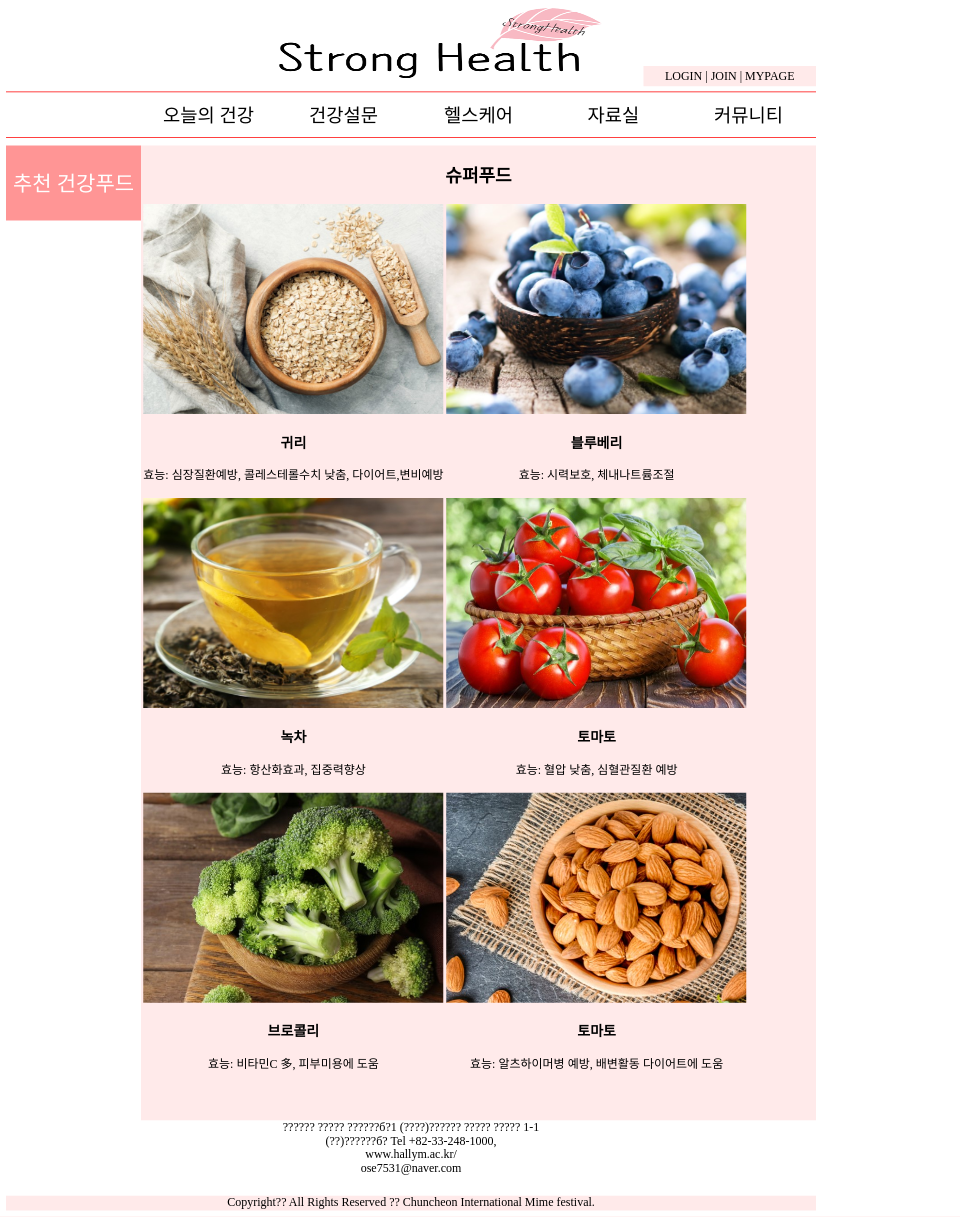
Repository: seeunOh/Webproject2018_StrongHealth
Page: http://localhost/StrongHealth/Healthcare_Food.jsp
These files come from the project's save history. The page is drawn as it stood at one moment and after the next save; the edit follows.
The browser window is 1280 px wide. The pictures show the whole page, at 75% of full size.
The page is served by Tomcat 9. Other server files are loaded and not shown.

Above is the page before, as saved 2018-12-16 07:48:05.

### StrongHealth/WebContent/Healthcare_Food.jsp
<%@ page language="java" contentType="text/html; charset=EUC-KR"
    pageEncoding="EUC-KR"%>
<!DOCTYPE html>
<html>
<head>
<meta charset="EUC-KR">
<title>Insert title here</title>

<style>


body{
width:1080px;
text-align:center;
}

#foodcontent{
width:900px;
height:1300px;
background: #FFEAEA;
float:right;
}

#aside{
height:100px;
width:180px;
font-size:28px;
background: #FF9595;
float:left;
color:white;
}
</style>

<script>
function next(){
}

</script>
</head>
<body>
<jsp:include page="Header.jsp"/>

<div id=aside>
<p>추천 건강푸드</p>
</div>

<%
int cnt=0;
String image[][] = {{"rnlfl","qmffnqpfl","shrck","xhakxh","qmfhzhffl","dkahsem"},
		{"todtjs","todtjs","todtjs","todtjs","todtjs","todtjs"}};
String title[] = {"귀리","블루베리","녹차","토마토","브로콜리","토마토"};
String content[] = {"효능: 심장질환예방, 콜레스테롤수치 낮춤, 다이어트,변비예방",
		"효능: 시력보호, 체내나트륨조절",
		"효능: 항산화효과, 집중력향상",
		"효능: 혈압 낮춤, 심혈관질환 예방",
		"효능: 비타민C 多, 피부미용에 도움",
		"효능: 알츠하이머병 예방, 배변활동 다이어트에 도움"
};
%>

<div id=foodcontent>
<h2>슈퍼푸드</h2>
<table border=0>
<%
for(int i=0; i<6; i=i+2){
	//out.print("<tr><td><td><img src=\"img/shrck.png\" width=400 height=280/></td><td>aa</td></tr>");
	out.print("<tr><td><img src=img/"+ image[cnt][i] +".png width=400 height=280/><h3>"+title[i]+"</h3><p>"+content[i]+
			"</p></td><td><img src=img/"+ image[cnt][i+1] +".png width=400 height=280/><h3>"+title[i+1]+"</h3><p>"+content[i+1]+"</p></td></tr>");
}
%>
</table>
<!--
<tr>
<td><img src="img/<% out.print(image[0]); %>.png" width=400 height=280/>
<h3>귀리</h3>
<p>효능: 심장질환예방, 콜레스테롤수치 낮춤, 다이어트,변비예방</p>
</td>
<td><img src="img/qmffnqpfl.png" width=400 height=280/>
<h3>블루베리</h3>
<p>효능: 시력보호, 체내나트륨조절</p>
</td>
</tr>
<tr>
<td><img src="img/shrck.png" width=400 height=280/>
<h3>녹차</h3>
<p>효능: 항산화효과, 집중력향상</p>
</td>
<td><img src="img/xhakxh.png" width=400 height=280/>
<h3>토마토</h3>
<p>효능: 혈압 낮춤, 심혈관질환 예방</p>
</td>
</tr>
<tr>
<td><img src="img/qmfhzhffl.png" width=400 height=280/>
<h3>브로콜리</h3>
<p>효능: 비타민C 多, 피부미용에 도움</p>
</td>
<td><img src="img/dkahsem.png" width=400 height=280/>
<h3>아몬드</h3>
<p>효능: 알츠하이머병 예방, 배변활동 다이어트에 도움</p>
</td>
</tr>
</table>

<input style='float:right;' type=button value="다음" onClick = "next()">
 -->




</div>
<jsp:include page="Footer.html"/>
</body>
</html>

### StrongHealth/WebContent/Header.jsp
<%@ page language="java" contentType="text/html; charset=EUC-KR"
    pageEncoding="EUC-KR"%>
<!DOCTYPE html>
<html>
<head>
<meta charset="EUC-KR">
<title>Insert title here</title>
<style>


body{
width:1080px;
}

#header{
width:1080px;
height:28px;
background:#FFEAEA;
}

#Loheader{
width:230px;
float:right;
heigth:28px;
background: #FFEAEA;
margin:80px 0px 0px 0px;
}

#log{
float:right;
width:230px;
line-height: 1.7em;
}

#log a {
font-size:16px;
color: black;
text-decoration:none;
}

#log a:hover {
text-decoration:underline;
}


#mainlogo{
width:1080px;
background:;
}
#mainlogo img{
margin:0px 0px 0px 300px;
}
#nav{
width:1080px;
height:180px;
}
#logo{
float:left;
width:1080px;
background:#FFEAEA;

}
#search{
width:750px;
height:100px;
float:right;
background:red;
}
#TM{
width:1080px;
height:60px;
border-top:1px solid red; border-bottom:1px solid red;
font-size:25px;
text-align:center;
margin:10px 0px 10px 0px;
line-height: 1.6em;
}

#TM ul {
   list-style: none;
   padding:0px 0;
   margin: 0px;

}
#TM ul li {
   float : left;
   line-height : 2.5em;
   position : relative;
   width:150px;
   padding: 0px 15px 0px 15px;
}

.menuLink {
   text-decoration:none;
   display: block;
   width: 150px;
   color:black;
}
.submenu {
   position: absolute;
   display:none;
   overflow:hidden;
   background-color:black;
	opacity:0.7;
	font-size:15px;
}
.topmenu:hover .submenu{
   display:block;
}

.submenu a {
   text-decoration : none;
   color : white;
}

</style>


</head>
<body>




<div id=mainlogo>
<a href="Container.jsp"><img src="img/logoLast.PNG" width=450 height=100/></a>
<div id=Loheader>
<%
	if(session.getAttribute("id") == null){
		out.println("<div id=log><a href='Container.jsp?selected_page=login'>LOGIN</a><span> | </span><a href='Container.jsp?selected_page=join'>JOIN</a><span> | </span><a href='Container.jsp?selected_page=mypage'>MYPAGE</a></div>"); // MYPAGE는 삭제가 필요함.
	}
	else{
		out.println("<div id=log><a href='Container.jsp?selected_page=management'>" + session.getAttribute("name") + " 님" + "</a><span> | </span><a href='Logout.jsp'>LOGOUT</a><span> | </span><a href='Container.jsp?selected_page=mypage'>MYPAGE</a></div>");
	}
%>
</div>
</div>



<div id = TM>
<ul>
<li>&nbsp</li>
 <li class="topmenu"><a class="menuLink" href="Container.jsp?selected_page=today">오늘의 건강</a>
 	<!-- <ul class="submenu">
     <li class="submenuLink"><a href="#">식습관 생활</a></li>
     <li class="submenuLink"><a href="#">생활 습관</a></li>
     <li class="submenuLink"><a href="#">추천 음악</a></li>
   </ul> -->
 </li>
 <li class="topmenu"><a class="menuLink" href="Container.jsp?selected_page=survey">건강설문</a>
   <!-- <ul class="submenu">
     <li class="submenuLink"><a href="#">알코올 자가진단</a></li>
     <li class="submenuLink"><a href="#">흡연 자가진단</a></li>
     <li class="submenuLink"><a href="#">스마트폰 자가진단</a></li>
   </ul> -->
 </li>
 <li class="topmenu"><a class="menuLink" href="Container.jsp?selected_page=healthcare_food">헬스케어</a>
   <ul class="submenu">
     <li class="submenuLink"><a href="Container.jsp?selected_page=healthcare_food">추천 건강푸드</a></li>
     <li class="submenuLink"><a href="Container.jsp?selected_page=healthcare_stretching">스트레칭</a></li>
     <li class="submenuLink"><a href="Container.jsp?selected_page=music">추천음악</a></li>
   </ul>
</li>
 <li class="topmenu"><a class="menuLink" href="Container.jsp?selected_page=healthcare_news">자료실</a>
 	<ul class="submenu">
     <li class="submenuLink"><a href="Container.jsp?selected_page=healthcare_news">건강신문</a></li>
   </ul>
 </li>
 <li class="topmenu"><a class="menuLink" href="Container.jsp?selected_page=notice">커뮤니티</a>
  <ul class="submenu">
   <li class="submenuLink"><a href="Container.jsp?selected_page=notice">공지사항</a></li>
   <li class="submenuLink"><a href="Container.jsp?selected_page=qna">Q&A</a></li>
  </ul>
</li>
</ul>
</div>




 <!--
<div id=nav>
<div id=logo><a href="Container.jsp"><img src="img/logo.PNG" width=250 height=170/></a>
</div>-->
<!-- <p style='line-height : 0.6em;'>&nbsp</p> -->
<!-- <div id=search></div> -->
<!-- <div id = search><p>연관검색어 | 하루식단   스트레칭   자료실   추천도서   알코올자가진단   맞춤영양식단</p>
<input type="text" size=80> <input type="button" value="검색"></div> -->


</body>
</html>

### StrongHealth/WebContent/Footer.html

<!DOCTYPE html>
<html>
<head>
<meta charset="EUC-KR">
<title>Insert title here</title>
<style>



#footer {
	clear: both;
    background-color: white;
    width: 1080px;
    height: 100px;
    float:left;
    text-align:center;

}
#bottom {
    background-color: #FFEAEA;
    width: 1080px;
    height: 20px;
    clear: both;
    text-align:center;

}
</style>


</head>



<body>


<div id=footer>

<h7>강원도 춘천시 한림대학길1 (지번)강원도 춘천시 옥천동 1-1
<br>(사)한림대학교 Tel +82-33-248-1000,
<br>www.hallym.ac.kr/
<br>ose7531@naver.com</h7>

</div>

<div id="bottom">
<h7>Copyrightⓒ All Rights Reserved · Chuncheon International Mime festival.</h7>
</div>


</div>


</body>
</html>

After the next save:
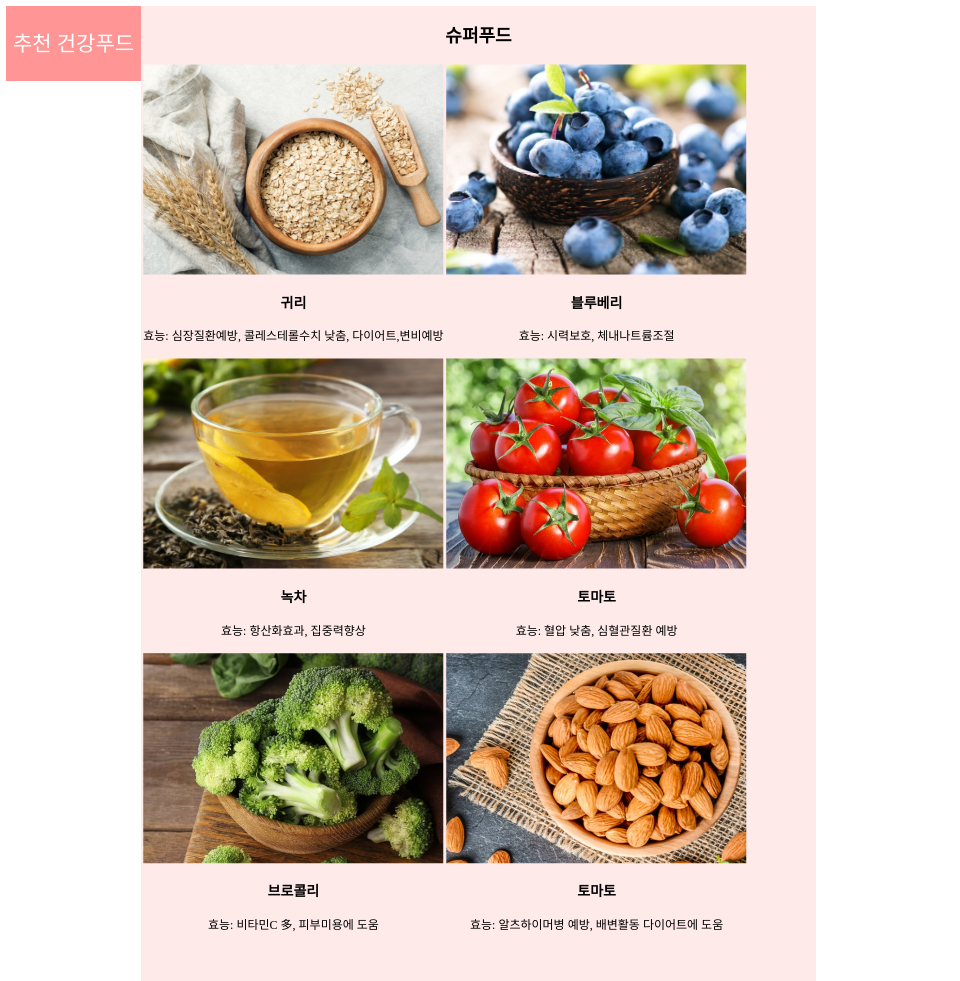
Saved 8 s later.
--- a/StrongHealth/WebContent/Healthcare_Food.jsp
+++ b/StrongHealth/WebContent/Healthcare_Food.jsp
@@ -38,7 +38,6 @@ function next(){
 </script>
 </head>
 <body>
-<jsp:include page="Header.jsp"/>
 
 <div id=aside>
 <p>추천 건강푸드</p>
@@ -109,6 +108,5 @@ for(int i=0; i<6; i=i+2){
 
 
 </div>
-<jsp:include page="Footer.html"/>
 </body>
 </html>
